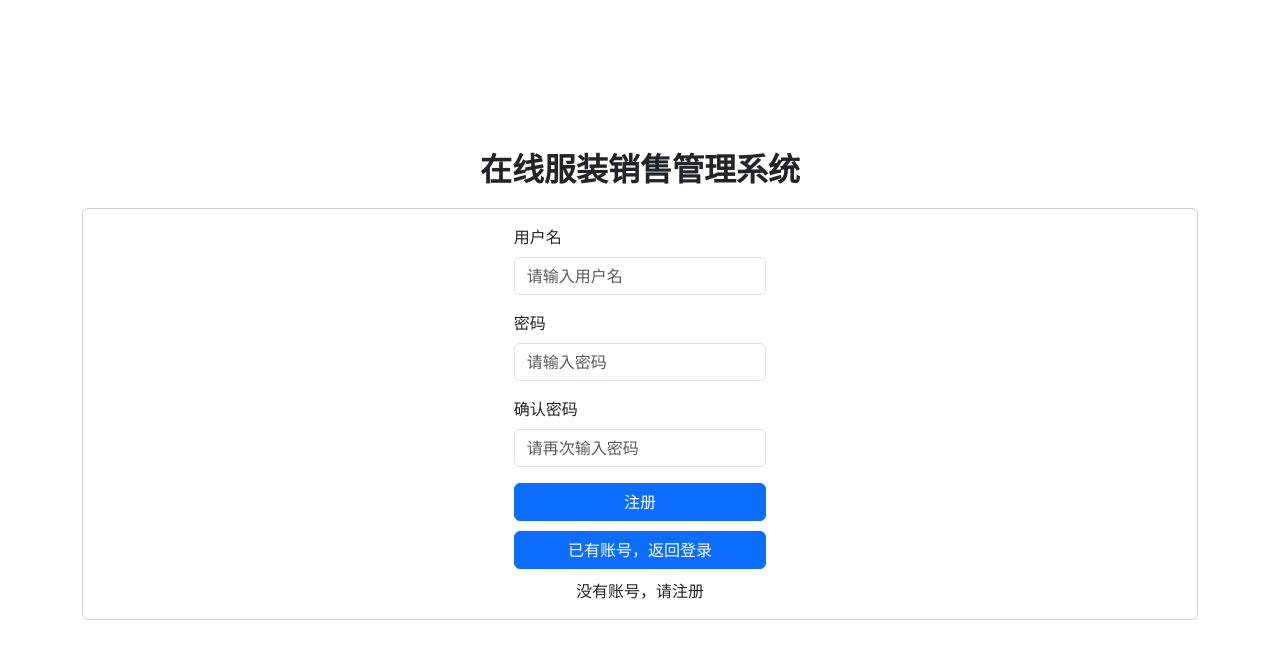
Repository: squawktop/CFS
Page: /user/register (app in web/)
These files come from the project's save history. The page is drawn as it stood at one moment and after the next save; the edit follows.
The browser window is 1280 px wide. The pictures show the whole page.
The project was rebuilt for these pictures with package versions that can differ from the ones it lists, and the page was loaded fresh each time. Also part of the build but not shown: web/vue.config.js, web/src/views/LoginView.vue, web/src/components/NavBar.vue, web/src/views/HomeView.vue, web/src/views/UsersManageView.vue, web/src/views/PersonalCenterView.vue, web/src/views/GoodsManageView.vue, web/src/views/OrdersManageView.vue and 1 more.

Above is the page before, as saved 2024-03-23 18:16:00.

### web/src/App.vue
<template>
  <RouterView></RouterView>
</template>

<script>


// 导入bootstrap
import "bootstrap/dist/css/bootstrap.min.css"
import "bootstrap/dist/js/bootstrap"
// import { ref } from "vue";

// import $ from 'jquery';
export default {
  components: {

  }
  ,
  setup() {
    // const user_id = ref("");
    // const username = ref("");
    // const password = ref("");

    // $.ajax({
    //   type: "get",
    //   url: "http://127.0.0.1:3000/user/getlist",
    //   success(resp) {
    //     user_id.value = resp[0].id;
    //     username.value = resp[0].username;
    //     password.value = resp[0].password;

    //   },
    //   error() {
    //     this.user_id = "error"
    //   }
    // })




    return {

    }
  }

}

</script>

<style></style>

### web/src/router/index.js
import { createRouter, createWebHistory } from 'vue-router'
// import HomeView from '../views/HomeView.vue'
import LoginView from '../views/LoginView.vue'
import RegisterView from '../views/RegisterView.vue'
import HomeView from '../views/HomeView.vue'
import UsersManageView from '../views/UsersManageView.vue'
import PersonalCenterView from '../views/PersonalCenterView.vue'
import GoodsManageView from '../views/GoodsManageView.vue'
import OrdersManageView from '../views/OrdersManageView.vue'
import NotFound from '../views/NotFoundView.vue'
import store from '@/store/index'

const routes = [
  {
    path: '/',
    name: 'home',
    component: HomeView,
    // redirect: "/user/register",
    meta: { //该页面是否需要授权      //随便写， 也可以设置为   flag : true;
      requestAuth: true,
    }
  },

  {
    path: '/user/login',
    name: 'user_login',
    component: LoginView,
    meta: {
      requestAuth: false,
    }
  },

  {
    path: '/user/register',
    name: 'user_register',
    component: RegisterView,
    meta: { //该页面是否需要授权
      requestAuth: false,
    }
  },
  {
    path: '/user/personalcenter',
    name: 'personal_center',
    component: PersonalCenterView,
    meta: { //该页面是否需要授权
      requestAuth: true,
    }
  },

  {
    path: '/user/usermanage',
    name: 'user_manage',
    component: UsersManageView,
    meta: { //该页面是否需要授权
      requestAuth: true,
    }
  }
  ,
  {
    path: '/goods/manage',
    name: 'goods_manage',
    component: GoodsManageView,
    meta: { //该页面是否需要授权
      requestAuth: true,
    }
  }, {
    path: '/orders/manage',
    name: 'orders_manage',
    component: OrdersManageView,
    meta: { //该页面是否需要授权
      requestAuth: true,
    }
  },


  {
    path: "/404/",
    name: "404",
    component: NotFound
  },
  {
    path: "/:catchAll(.*)",
    redirect: "/404/",  //页面重定向到404
  }
]

const router = createRouter({
  history: createWebHistory(),
  routes
})

router.beforeEach((to, from, next) => {
  if (to.meta.requestAuth && !store.state.user.is_login) {
    next({ name: "user_login" });
  } else {
    next();
  }
})

export default router

### web/src/store/index.js
import { createStore } from 'vuex'
import ModuleUser from '@/store/user'

export default createStore({
  state: {
  },
  getters: {
  },
  mutations: {
  },
  actions: {
  },
  modules: {
    user: ModuleUser,
  }
})

### web/src/views/RegisterView.vue
<template>
    <div class="background">
        <h2>在线服装销售管理系统</h2>
        <ContentField>
            <div class="row justify-content-md-center">
                <div class="col-3">
                    <form @submit.prevent="register">
                        <div class="mb-3">
                            <label for="username" class="form-label">用户名</label>
                            <input v-model="username" type="text" class="form-control" id="username"
                                placeholder="请输入用户名" />
                        </div>
                        <div class="mb-3">
                            <label for="password" class="form-label">密码</label>
                            <input v-model="password" type="password" class="form-control" id="password"
                                placeholder="请输入密码" />
                        </div>
                        <div class="mb-3">
                            <label for="confirmedPassword" class="form-label">确认密码</label>
                            <input v-model="confirmedPassword" type="password" class="form-control"
                                id="confirmedPassword" placeholder="请再次输入密码" />
                        </div>
                        <div class="error-message">{{ error_message }} </div>
                        <button type="submit" class="btn btn-primary">注册</button>
                        <button type="button" class="btn btn-primary" style="margin-top: 10px" @click="loginview" >已有账号，返回登录</button>
                        <div class="tip" @click="loginview">没有账号，请注册</div>
                    </form>
                </div>
            </div>
        </ContentField>
    </div>

</template>

<script>
import ContentField from "@/components/ContentField.vue";
import { ElMessage } from 'element-plus'
import { ref } from 'vue'
import router from "@/router/index";
import $ from 'jquery'

export default {
    components: {
        ContentField,
    },
    setup() {
        let username = ref('');
        let password = ref('');
        let confirmedPassword = ref('');
        let error_message = ref('');

        const register = () => {
            $.ajax({
                url: "http://127.0.0.1:3000/api/user/account/register/",
                type: "post",
                data: {
                    username: username.value,
                    password: password.value,
                    confirmedPassword: confirmedPassword.value,
                },
                success(resp) {
                    if (resp.error_message === 'success') {
                        ElMessage.success("注册成功，请登录") ;
                        router.push({ name: "user_login" });
                    } else {
                        error_message.value = resp.error_message;
                    }
                }
            })
        }

        const loginview = () =>{
            router.push({name:"user_login"}) ;
        }

        return {
            username,
            password,
            confirmedPassword,
            error_message,
            register,
            loginview,
        }
    }
};
</script>

<style scoped>
h2 {

    text-align: center;
    margin-top: 150px;
    font-weight: bold;
}

button {
    width: 100%;
}

div.error-message {
    color: red;
}

.tip {
    cursor: pointer;
    text-align: center;
    margin-top: 10px;

}
.tip:hover{
    text-decoration:underline;
}
</style>

### web/src/store/user.js
import router from '@/router';
import $ from 'jquery'
export default {
    state: {
        id: "",
        username: "",
        photo: "",
        token: "",
        is_login: false,
        pulling_info: true,
    },
    getters: {
    },
    mutations: {        //一般是用来修改数据的
        updateUser(state, user) {
            state.id = user.id;
            state.username = user.username;
            state.photo = user.photo;
            state.is_login = user.is_login;
        },
        updateToken(state, token) {
            state.token = token;
        },
        logout(state) {
            state.id = "";
            state.username = "";
            state.photo = "";
            state.token = "";
            state.is_login = false;
            router.push({ name: "user_login" });
        },
        updatePullingInfo(state, pulling_info) {
            state.pulling_info = pulling_info;
        },
    },

    actions: {

        login(context, data) {
            $.ajax({
                url: "http://127.0.0.1:3000/api/user/account/token/",
                type: "post",
                data: {
                    username: data.username,
                    password: data.password,
                },
                success(resp) {
                    if (resp.error_message === "success") {
                        localStorage.setItem("jwt_token", resp.token);
                        context.commit("updateToken", resp.token);
                        data.success(resp);
                    } else {
                        data.error(resp);
                    }
                },
                error(resp) {
                    data.error(resp)
                },
            });
        },
        getinfo(context, data) {
            $.ajax({
                url: "http://127.0.0.1:3000/api/user/account/info/",
                type: "get",
                headers: {
                    Authorization:
                        "Bearer " + context.state.token,
                },
                success(resp) {
                    if (resp.error_message === "success") {
                        // console.log(resp);
                        context.commit("updateUser", {
                            ...resp,
                            is_login: true,

                        });
                        data.success(resp);
                    } else {
                        data.success(resp);
                    }

                },
                error(resp) {
                    data.error(resp);
                },
            });

        },
        logout(context) {
            localStorage.removeItem("jwt_token");
            context.commit("logout")
        }
    },
    modules: {
    }
}

### web/src/components/ContentField.vue
<template>
    <div class="container content-field">
        <div class="card">
            <div class="card-body">
                <slot></slot>
            </div>
        </div>
    </div>
</template>

<script>
</script>

<style scoped>
div.content-field {
    margin-top: 20px;
}
</style>

Loaded but not shown: web/public/index.html (common file); web/src/main.js (common file)

After the next save:
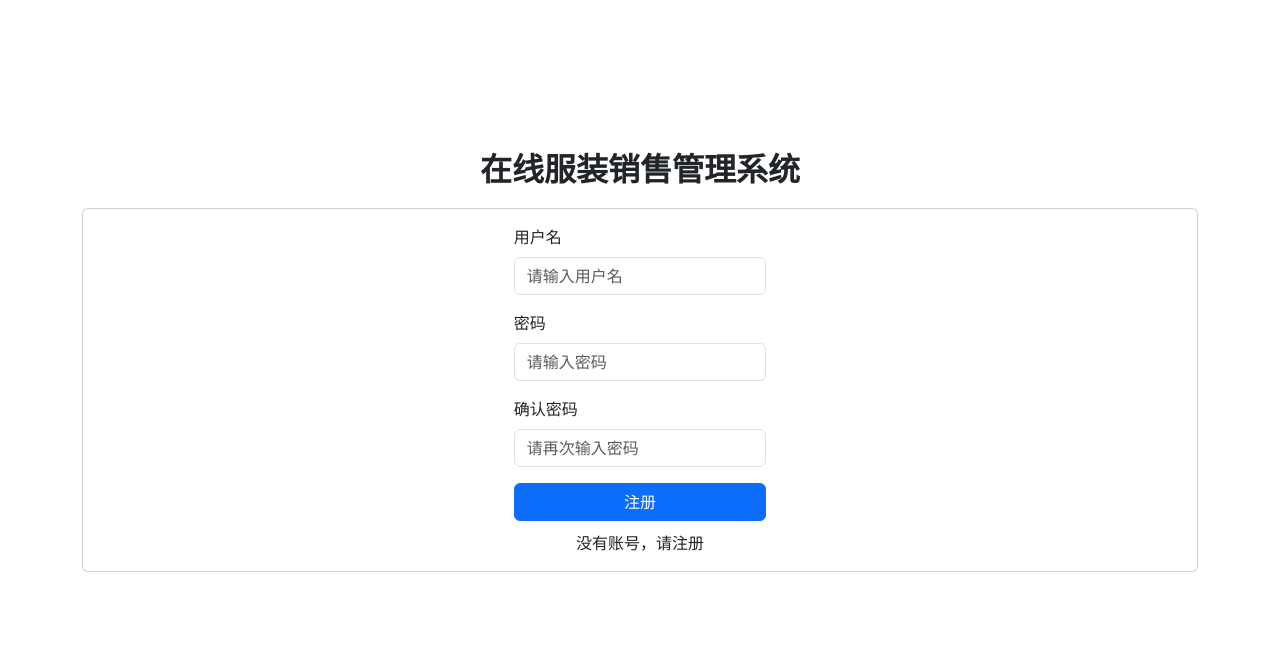
Saved 10 s later.
--- a/web/src/views/RegisterView.vue
+++ b/web/src/views/RegisterView.vue
@@ -22,7 +22,7 @@
                         </div>
                         <div class="error-message">{{ error_message }} </div>
                         <button type="submit" class="btn btn-primary">注册</button>
-                        <button type="button" class="btn btn-primary" style="margin-top: 10px" @click="loginview" >已有账号，返回登录</button>
+                        <!-- <button type="button" class="btn btn-primary" style="margin-top: 10px" @click="loginview" >已有账号，返回登录</button> -->
                         <div class="tip" @click="loginview">没有账号，请注册</div>
                     </form>
                 </div>
